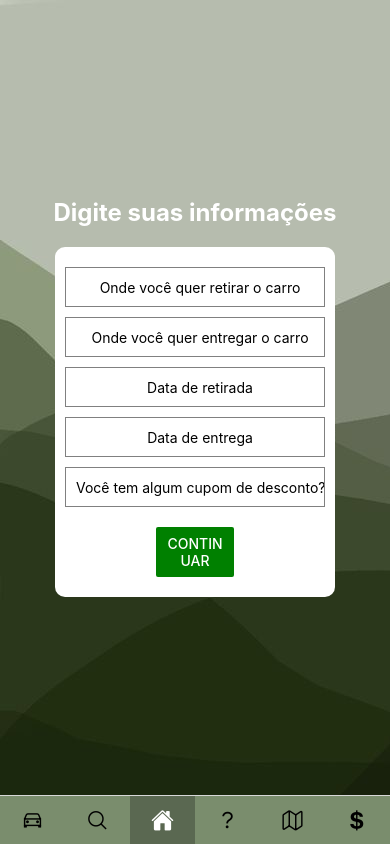
Repository: GabrielAron/EcoWheels
Page: /Home
An editor plug-in stored every save of this project. The page is shown before and after a run of saves, followed by the edit.
The browser window is 390 px wide. The pictures show the whole page.
The app was drawn by React Native's web renderer in a window 390 px wide. The project was rebuilt for these pictures with package versions that can differ from the ones it lists, and the page was loaded fresh each time. Also part of the build but not shown: src/Paginas/Carros/index.js, src/Paginas/Ajuda/index.js, src/Paginas/Mapa/index.js, src/Paginas/Pagamento/pagamento.js.

Above is the page before, as saved 2023-11-24 15:41:34.

After the next 2 saves:
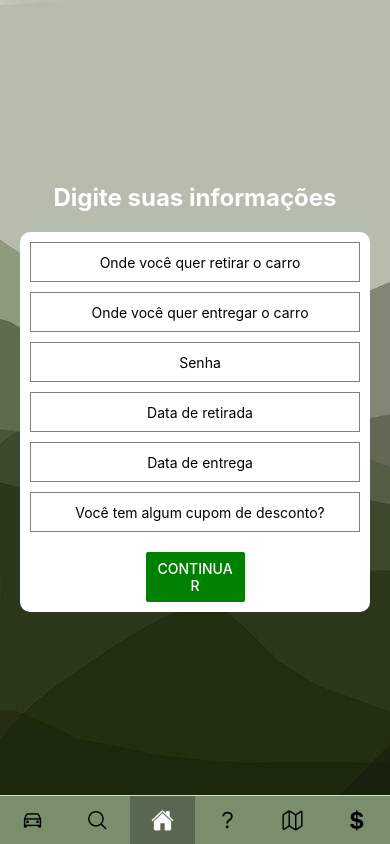
The 2 saves are shown as one change because 1 did not build or start.
The last was saved 32 s later.
--- a/src/Paginas/Home/index.js
+++ b/src/Paginas/Home/index.js
@@ -58,25 +58,16 @@
       <View style={styles.container}>
         <Text style={styles.title}>Digite suas informações</Text>
         <View style={styles.formContainer}>
-          <TextInput style={styles.input} placeholder="Onde você quer retirar o carro" />
-          <TextInput style={styles.input} placeholder="Onde você quer entregar o carro" />
-          <TextInput style={styles.input} placeholder="Data de retirada" keyboardType="numeric" value={date} onChangeText={handleDateChange} />
-          <TextInput style={styles.input} placeholder="Data de entrega" keyboardType="numeric" value={returnDate} onChangeText={handleReturnDateChange} />
-          <TextInput style={styles.input} placeholder="Você tem algum cupom de desconto?" />
+          <TextInput style={styles.input} placeholder="Onde você quer retirar o carro" onChangeText={text => setPickupLocation(text)} />
+          <TextInput style={styles.input} placeholder="Onde você quer entregar o carro" onChangeText={text => setDropoffLocation(text)} />
+          <TextInput style={styles.input} placeholder="Senha" secureTextEntry={true} onChangeText={text => setPassword(text)} />
+          <TextInput style={styles.input} placeholder="Data de retirada" keyboardType="numeric" value={pickupDate} onChangeText={text => handleDateChange(text, setPickupDate)} />
+          <TextInput style={styles.input} placeholder="Data de entrega" keyboardType="numeric" value={returnDate} onChangeText={text => handleDateChange(text, setReturnDate)} />
+          <TextInput style={styles.input} placeholder="Você tem algum cupom de desconto?" onChangeText={text => setCoupon(text)} />
           <View style={styles.buttonContainer}>
             <Button title="Continuar" onPress={handleContinue} color="green" />
           </View>
         </View>
-        <Modal visible={showModal} animationType="fade" transparent>
-          <View style={styles.modalContainer}>
-            <View style={styles.modalContent}>
-              <Text style={styles.modalText}>Preencha todos os campos corretamente!</Text>
-              <TouchableOpacity style={styles.modalButton} onPress={() => setShowModal(false)}>
-                <Text style={styles.modalButtonText}>OK</Text>
-              </TouchableOpacity>
-            </View>
-          </View>
-        </Modal>
       </View>
     </ImageBackground>
   );
@@ -112,15 +103,15 @@
     backgroundColor: 'white',
     borderRadius: 10,
     padding: 10,
-    width: '80%', // Tornar o card menos largo
+    width: '100%',
     alignSelf: 'center',
-    paddingVertical: 20, // Aumentar a altura vertical
   },
   buttonContainer: {
-  width: '30%',
-  alignSelf: 'center',
-  marginTop: 10,
-},
+    width: '30%',
+    alignSelf: 'center',
+    marginTop: 10,
+  },
+
 modalContainer: {
   flex: 1,
   justifyContent: 'center',

After the 4 saves that followed:
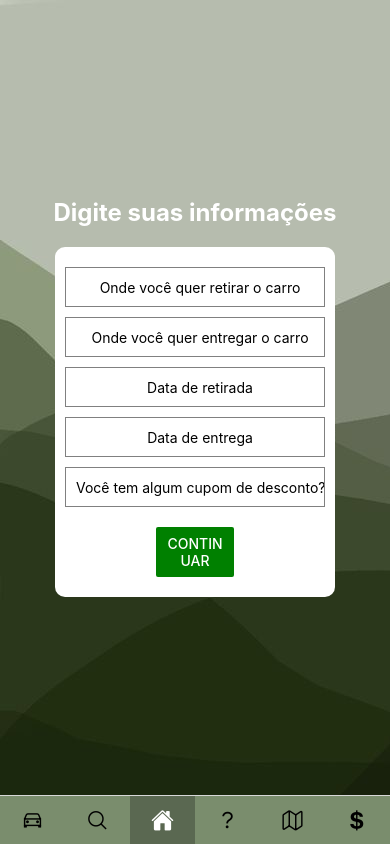
The 4 saves are shown as one change because 1 did not build or start and 1 left the picture as it was and some came seconds apart.
The last was saved 3 min 13 s later.
--- a/src/Paginas/Home/index.js
+++ b/src/Paginas/Home/index.js
@@ -40,7 +40,7 @@
     setReturnDate(formattedText);
   };
 
-  const handleContinue = () => {
+ const handleContinue = () => {
     if (!pickupLocation || !dropoffLocation || !password || !pickupDate || !returnDate) {
       Alert.alert('Erro', 'Por favor, preencha todos os campos corretamente.');
     } else if (validCoupons.includes(coupon)) {
@@ -58,16 +58,25 @@
       <View style={styles.container}>
         <Text style={styles.title}>Digite suas informações</Text>
         <View style={styles.formContainer}>
-          <TextInput style={styles.input} placeholder="Onde você quer retirar o carro" onChangeText={text => setPickupLocation(text)} />
-          <TextInput style={styles.input} placeholder="Onde você quer entregar o carro" onChangeText={text => setDropoffLocation(text)} />
-          <TextInput style={styles.input} placeholder="Senha" secureTextEntry={true} onChangeText={text => setPassword(text)} />
-          <TextInput style={styles.input} placeholder="Data de retirada" keyboardType="numeric" value={pickupDate} onChangeText={text => handleDateChange(text, setPickupDate)} />
-          <TextInput style={styles.input} placeholder="Data de entrega" keyboardType="numeric" value={returnDate} onChangeText={text => handleDateChange(text, setReturnDate)} />
-          <TextInput style={styles.input} placeholder="Você tem algum cupom de desconto?" onChangeText={text => setCoupon(text)} />
+          <TextInput style={styles.input} placeholder="Onde você quer retirar o carro" />
+          <TextInput style={styles.input} placeholder="Onde você quer entregar o carro" />
+          <TextInput style={styles.input} placeholder="Data de retirada" keyboardType="numeric" value={date} onChangeText={handleDateChange} />
+          <TextInput style={styles.input} placeholder="Data de entrega" keyboardType="numeric" value={returnDate} onChangeText={handleReturnDateChange} />
+          <TextInput style={styles.input} placeholder="Você tem algum cupom de desconto?" />
           <View style={styles.buttonContainer}>
             <Button title="Continuar" onPress={handleContinue} color="green" />
           </View>
         </View>
+        <Modal visible={showModal} animationType="fade" transparent>
+          <View style={styles.modalContainer}>
+            <View style={styles.modalContent}>
+              <Text style={styles.modalText}>Preencha todos os campos corretamente!</Text>
+              <TouchableOpacity style={styles.modalButton} onPress={() => setShowModal(false)}>
+                <Text style={styles.modalButtonText}>OK</Text>
+              </TouchableOpacity>
+            </View>
+          </View>
+        </Modal>
       </View>
     </ImageBackground>
   );
@@ -103,15 +112,15 @@
     backgroundColor: 'white',
     borderRadius: 10,
     padding: 10,
-    width: '100%',
+    width: '80%', // Tornar o card menos largo
     alignSelf: 'center',
+    paddingVertical: 20, // Aumentar a altura vertical
   },
   buttonContainer: {
-    width: '30%',
-    alignSelf: 'center',
-    marginTop: 10,
-  },
-
+  width: '30%',
+  alignSelf: 'center',
+  marginTop: 10,
+},
 modalContainer: {
   flex: 1,
   justifyContent: 'center',
